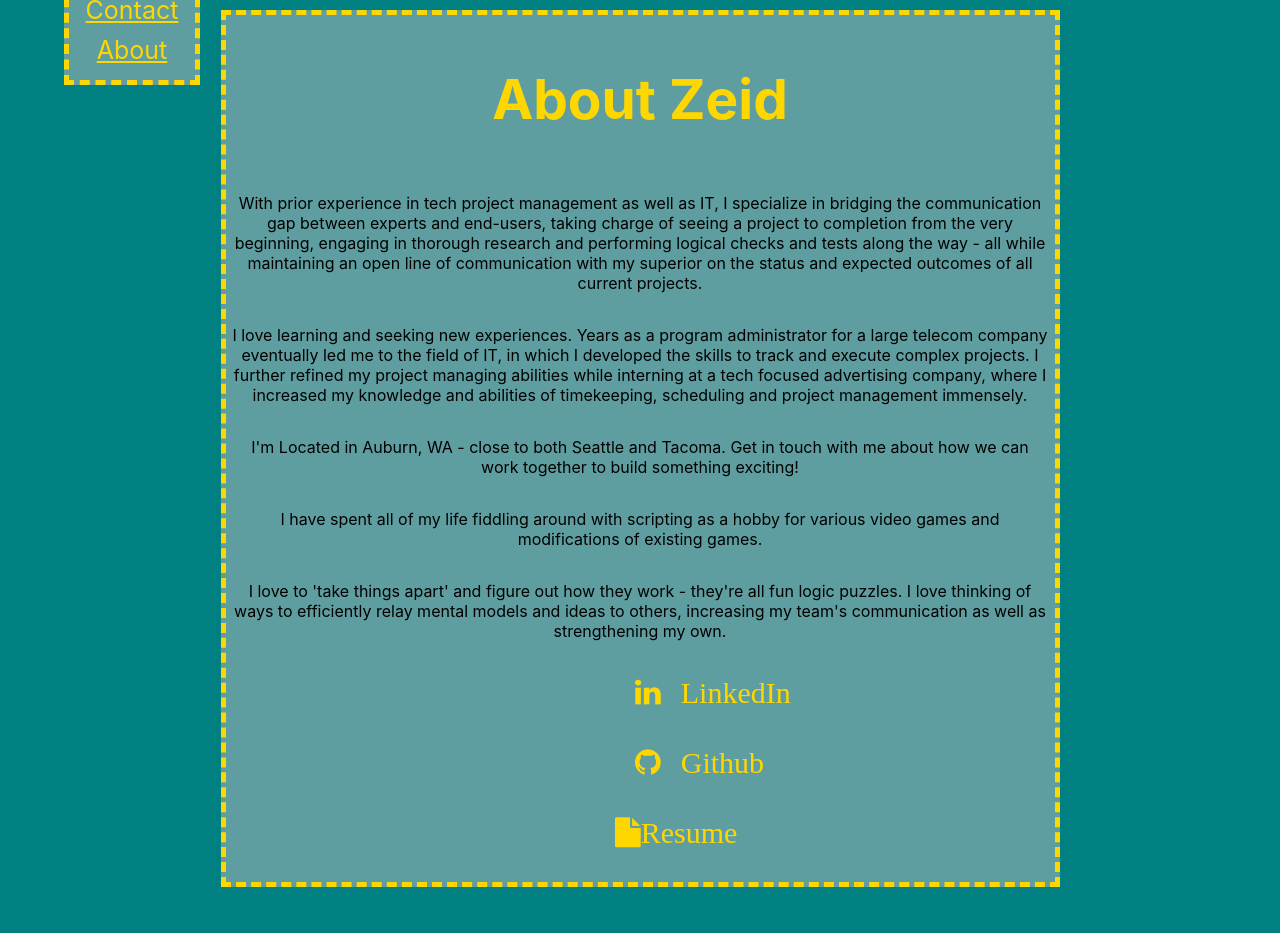
Repository: zeidalidiez/portfolioreact
Page: /About
An editor plug-in stored every save of this project. The page is shown before and after the next save, followed by the edit.
The browser window is 1280 px wide. The pictures show the whole page.
The project was rebuilt for these pictures with package versions that can differ from the ones it lists, and the page was loaded fresh each time. Also part of the build but not shown: src/components/Thumbnail.js, src/components/Projects.js, src/components/Contact.js.

Above is the page before, as saved 2021-02-09 00:19:53.

### public/index.html
<!DOCTYPE html>
<html lang="en">
  <head>
    <meta charset="utf-8" />
    <link href="data:[embedded picture, 289 characters]" rel="icon" type="image/x-icon" />    <meta name="viewport" content="width=device-width, initial-scale=1" />
    <link rel="stylesheet" href="https://cdnjs.cloudflare.com/ajax/libs/font-awesome/4.7.0/css/font-awesome.min.css">
    <meta name="theme-color" content="#000000" />
    <meta
      name="description"
      content="Web site created using create-react-app"
    />    <!--
      manifest.json provides metadata used when your web app is installed on a
      user's mobile device or desktop. See https://developers.google.com/web/fundamentals/web-app-manifest/
    -->
    <link rel="manifest" href="%PUBLIC_URL%/manifest.json" />
    <!--
      Notice the use of %PUBLIC_URL% in the tags above.
      It will be replaced with the URL of the `public` folder during the build.
      Only files inside the `public` folder can be referenced from the HTML.

      Unlike "/favicon.ico" or "favicon.ico", "%PUBLIC_URL%/favicon.ico" will
      work correctly both with client-side routing and a non-root public URL.
      Learn how to configure a non-root public URL by running `npm run build`.
    -->
    <title>Zeid Diez - Portfolio</title>
  </head>
  <body>
    <noscript>You need to enable JavaScript to run this app.</noscript>
    <div id="root"></div>
    <!--
      This HTML file is a template.
      If you open it directly in the browser, you will see an empty page.

      You can add webfonts, meta tags, or analytics to this file.
      The build step will place the bundled scripts into the <body> tag.

      To begin the development, run `npm start` or `yarn start`.
      To create a production bundle, use `npm run build` or `yarn build`.
    -->
  </body>
</html>

### src/index.js
import React from 'react';
import ReactDOM from 'react-dom';
import './index.css';
import App from './components/App';
import reportWebVitals from './reportWebVitals';

ReactDOM.render(
  <React.StrictMode>
  <App />
  </React.StrictMode>,
  document.getElementById('root')
);

// If you want to start measuring performance in your app, pass a function
// to log results (for example: reportWebVitals(console.log))
// or send to an analytics endpoint. Learn more: https://bit.ly/CRA-vitals
reportWebVitals();

### src/components/App.js
// App.jsx

import React from 'react';
// Import the BrowserRouter, Route and Link components
import {Route, BrowserRouter as Router, Link} from "react-router-dom";
import Projects from './Projects.js';
import Contact from './Contact.js';
import About from './About.js';
import './App.css';

function App() {
  return (
    <header>
    <Router>
      <div className="App">
        <Route exact path="/Projects" component={Projects} />
        <Route exact path="/Contact" component={Contact} />
        <Route exact path="/About" component={About} />
        <Route exact path="/" component={About} />
  <nav>
        <div className="navigation">
          <div className="navigation-sub">
            <Link to="/Projects" className="item">Projects</Link>
            <Link to="/Contact" className="item">Contact</Link>
            <Link to="/About" className="item">About</Link>

          </div>
        </div>
        </nav>
      </div>
    </Router>
    <menu>

</menu>
    </header>


  );
}

export default App;

### src/components/About.js
import React from "react"

function About(props) {
  return (
    <div className="aboutDiv">
      <h2>About Zeid</h2>
      <p>With prior experience in tech project management as well as IT, I specialize in bridging the communication gap between experts and end-users, taking charge of seeing a project to completion from the very beginning, engaging in thorough research and performing logical checks and tests along the way - all while maintaining an open line of communication with my superior on the status and expected outcomes of all current projects. </p>
      <p>I love learning and seeking new experiences. Years as a program administrator for a large telecom company eventually led me to the field of IT, in which I developed the skills to track and execute complex projects. I further refined my project managing abilities while interning at a tech focused advertising company, where I increased my knowledge and abilities of timekeeping, scheduling and project management immensely.</p>
      <p>I'm Located in Auburn, WA - close to both Seattle and Tacoma. Get in touch with me about how we can work together to build something exciting! </p>
      <p>I have spent all of my life fiddling around with scripting as a hobby for various video games and modifications of existing games.</p>
      <p>I love to 'take things apart' and figure out how they work - they're all fun logic puzzles. I love thinking of ways to efficiently relay mental models and ideas to others, increasing my team's communication as well as strengthening my own.</p>

      <a href="https://www.linkedin.com/in/zeid-diez/" class="fa fa-linkedin">LinkedIn</a>
      <a href="https://github.com/zeidalidiez" class="fa fa-github">Github</a>
      <a href="https://github.com/zeidalidiez/portfolioreact/raw/master/public/New%20Resume.pdf" class="fa fa-file">Resume</a>
    </div>
  )
}

export default About;

### src/components/App.css

body {
  background-color: teal;
  display: grid;
}
div {
display: grid;
padding: 5px;
position: relative;
text-align: center;
padding-bottom: 15px;

}
 .projectDiv {
  background-color: cadetblue;
  width: 65%;
  justify-self: center;
  align-self: center;
  align-items: center;
  border: 5px dashed gold;
 }
h2 {
  color: Gold;
  font-size: 55px;
}

/* div.project {
  text-align: center;
  font-family: Georgia, "Times New Roman", Times, serif;
  font-style: italic;
  padding-bottom: 15px;
  border: 5px dashed gold;
  width: 80%;
  justify-self: center;
} */

div.project-title {
  position: relative;
  text-align: center;
  font-family: Georgia, "Times New Roman", Times, serif;
  font-style: italic;
  padding-bottom: 15px;

}

.navigation {
text-align: center;
align-self: center;
top: 0;
position: fixed;
  }

.navigation-sub {
padding: 10px;
text-align: center;
align-self: center;
bottom: auto;
left: 5%;
position: fixed;
border: 5px dashed gold;
background-color: cadetblue;
font-size: 25px;
}

a {
  display: grid;
padding: 5px;
text-align: center;
align-self: center;
}

img {
  display: block;
  margin-left: auto;
  margin-right: auto;
  width: 50%;
}


/* unvisited link */
a:link {
  color: gold;
}

/* visited link */
a:visited {
  color: rgb(255, 208, 0);
}

/* mouse over link */
a:hover {
  color: rgb(255, 174, 0);
}

/* selected link */
a:active {
  color: rgb(255, 0, 0);
}

.aboutDiv {
  background-color: cadetblue;
  width: 65%;
  justify-self: center;
  border: 5px dashed gold;

}

form {
  background-color: cadetblue;
  width: 65%;
  justify-self: center;
  padding-bottom: 60px;
  display: grid;
  border: 5px dashed gold;
}

.emailInput {
  width: 100%;
  padding: 12px 20px;
  margin: 8px 0;
  box-sizing: border-box;
}

.messageInput {
  width: 100%;
  box-sizing: border-box;
  height: 150px;
  border-radius: 4px;
  resize: none;
}

/* Style all font awesome icons */
.fa {
  padding: 20px;
  font-size: 50px;
  width: 50px;
  text-align: center;
  text-decoration: none;
  justify-self:center;
}

/* Add a hover effect if you want */
.fa:hover {
  opacity: 0.7;
}

/* Set a specific color for each brand */

/* Resume */
.fa-file {
  font-size: 30px;
}

/* linkedin */
.fa-linkedin {
  font-size: 30px;
}

/* github */
.fa-github {

  font-size: 30px;
}

a.fa.fa-linkedin::before {
  padding: 20px;
}

a.fa.fa-github::before {
  padding: 20px;
}

a.fa.fa-linkedin::after {
  font-size: 20px;
}

a.fa.fa-github::after {
  font-size: 20px;
}

@media screen and (max-width: 800px) {
  .navigation {
    text-align: center;
    align-self: center;
    top: 0;
    position: fixed;
      }

    .navigation-sub {
    padding: 10px;
    text-align: center;
    align-self: center;
    bottom: auto;
    left: 5%;
    position: fixed;
    border: 5px dashed gold;
    background-color: cadetblue;
    font-size: 10px;
    }
}

Loaded but not shown: src/index.css (common file); src/reportWebVitals.js (common file)

After the next save:
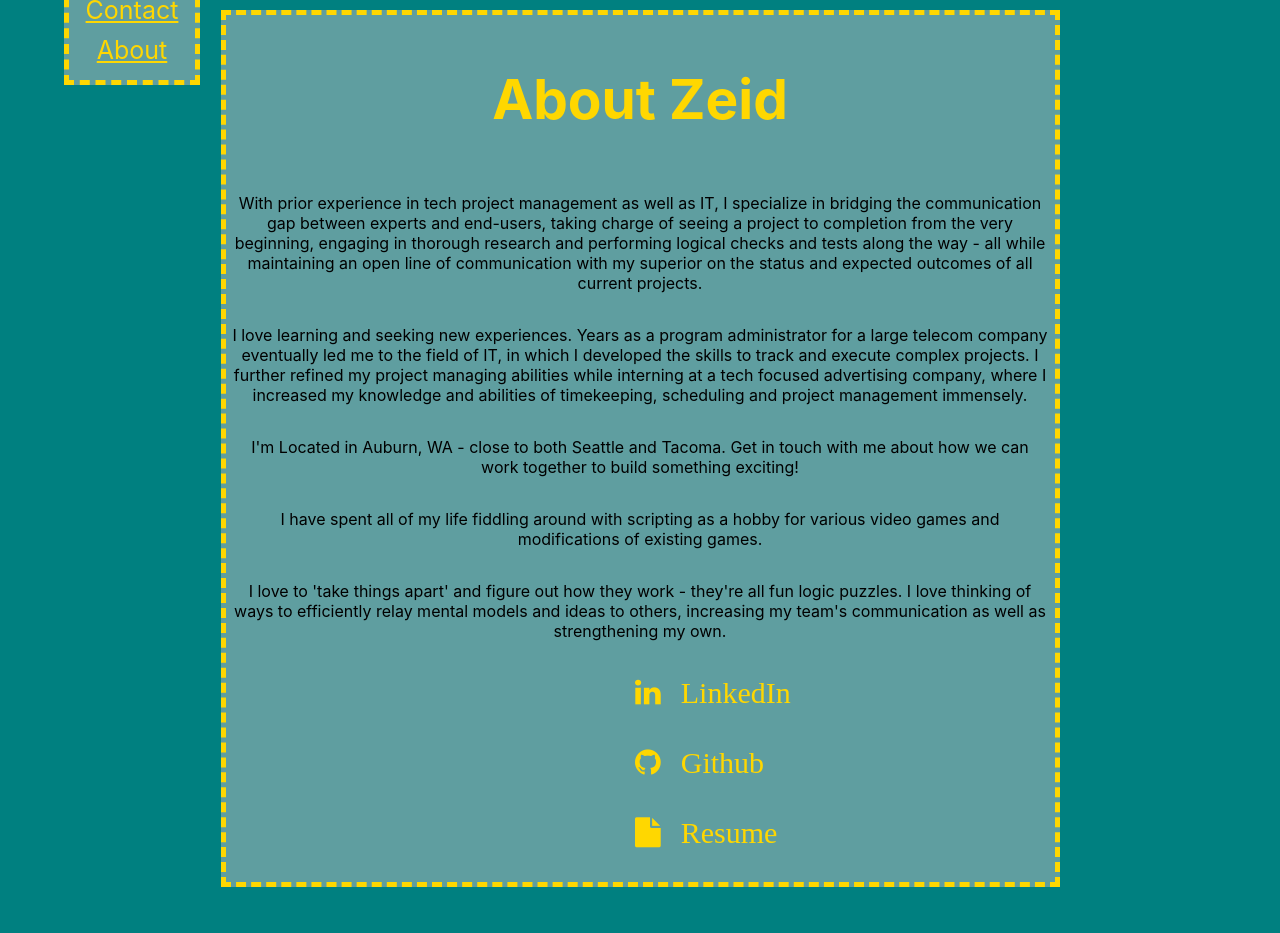
Saved 53 s later.
--- a/src/components/App.css
+++ b/src/components/App.css
@@ -177,6 +177,15 @@ a.fa.fa-linkedin::after {
 a.fa.fa-github::after {
   font-size: 20px;
 }
+
+a.fa.fa-file::before {
+  padding: 20px;
+}
+
+a.fa.fa-file::after {
+  font-size: 20px;
+}
+
 
 @media screen and (max-width: 800px) {
   .navigation {
